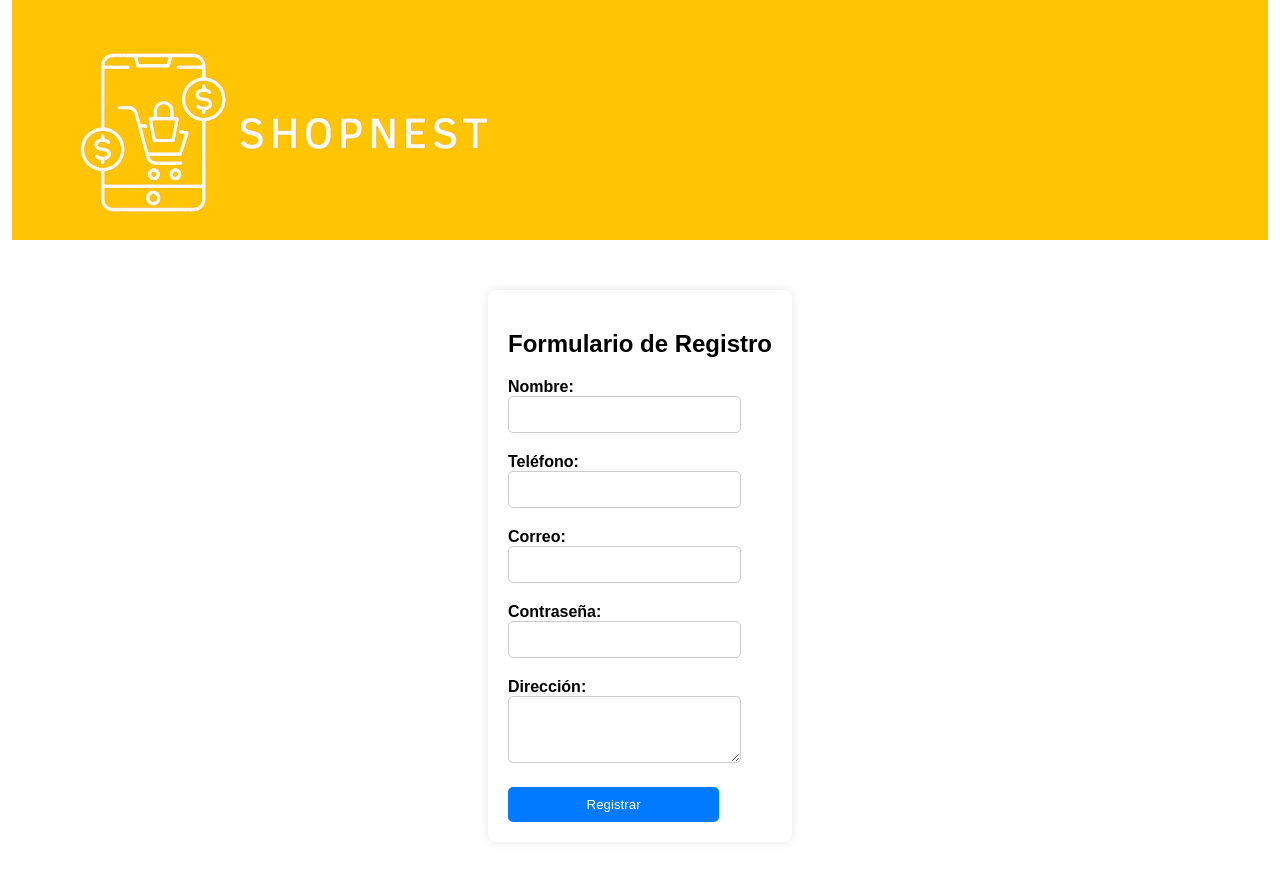
Repository: Regmalek07/ProyectoU
Page: registro.html
The author's editor kept a copy of each file at every save. The page is drawn from the files as they stood at one save, then again after the next save.
The browser window is 1280 px wide. The pictures show the whole page.

Above is the page before, as saved 2024-04-28 20:44:02.

After the next save:
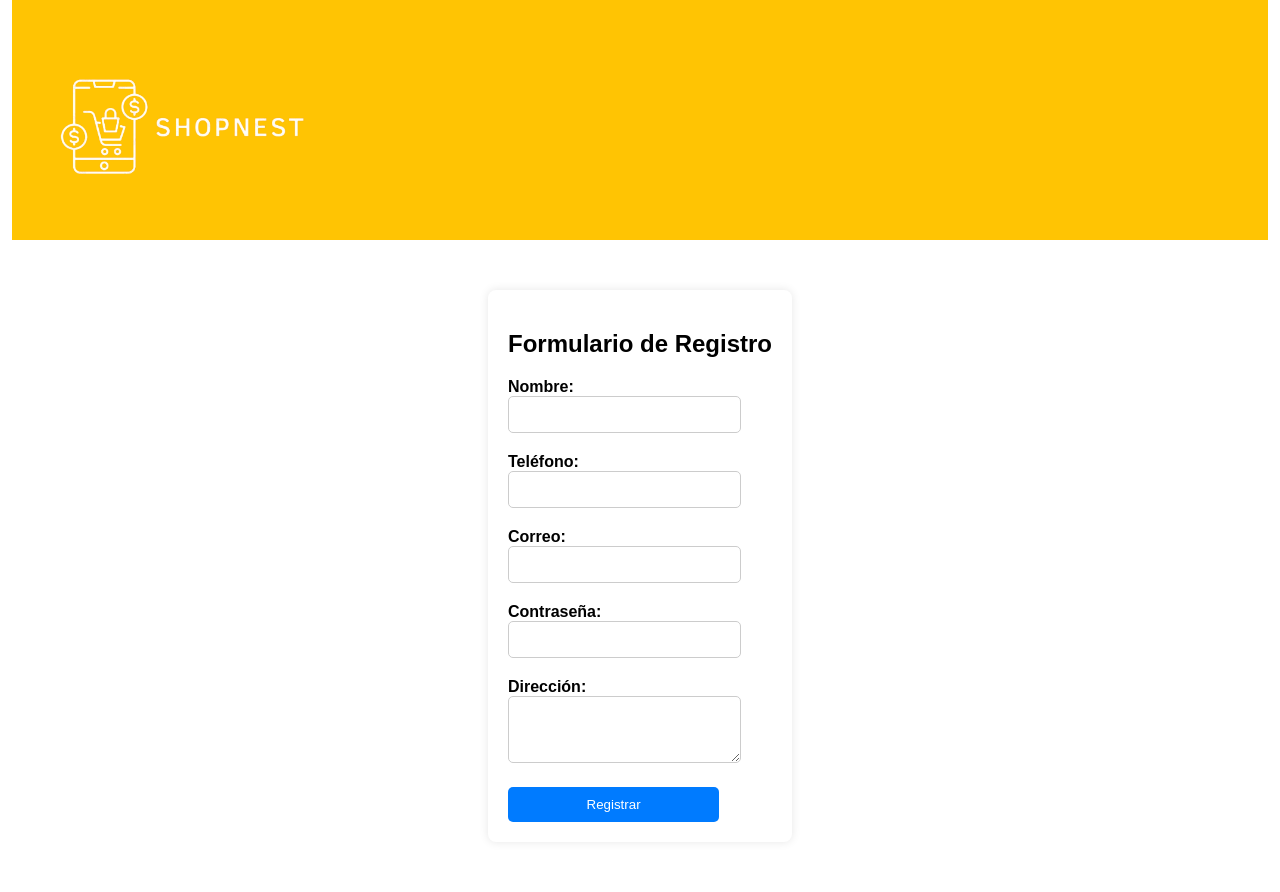
Saved 26 s later.
--- a/styles4.css
+++ b/styles4.css
@@ -29,6 +29,11 @@
     max-height: 200px;
     width: 95%;
 }
+
+.logo img {
+    width: 300px; /* Ajusta el tamaño de tu logo según sea necesario */
+}
+
 
   .form-group {
     margin-bottom: 20px;
